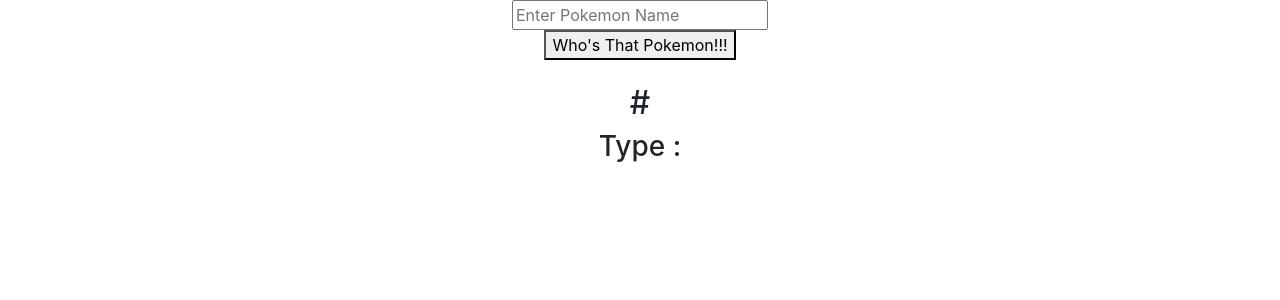
Repository: yucheng91/CIassignment2
Page: index.html
The author's editor kept a record of every edit. The page is drawn from the files as they stood at one moment, then again after the next edit.
The browser window is 1280 px wide. The pictures show the whole page.
Some web libraries are served in a nearby version.

Above is the page before.

After the next edit:
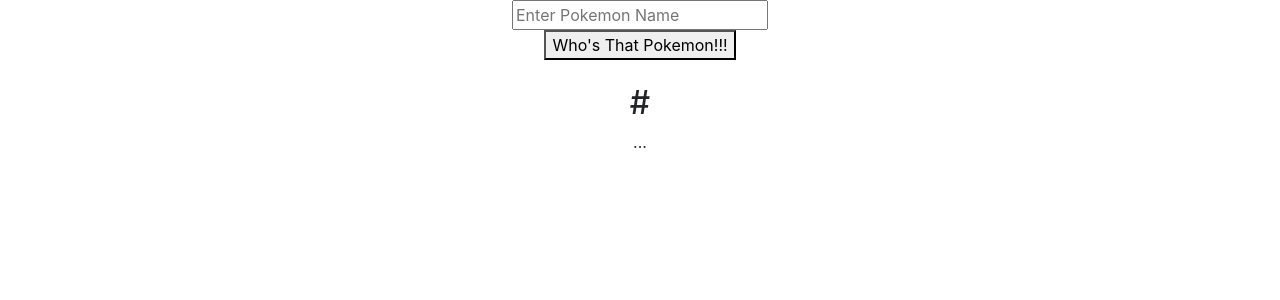
The edit:
--- a/index.html
+++ b/index.html
@@ -20,8 +20,10 @@
     </div>
     <h2>#<span id="pokemonid"></span> <span id="pokemonname"></span></h2>
 
+    <div class="container-fluid">
+  ...
+</div>
 
-    <h3>Type : <span id="pokemontype"></span></h3>
 
     <script src="scripts/pokeapi.js"></script>
     <script src="https://code.jquery.com/jquery-3.4.1.js" integrity="sha256-WpOohJOqMqqyKL9FccASB9O0KwACQJpFTUBLTYOVvVU=" crossorigin="anonymous"></script>
